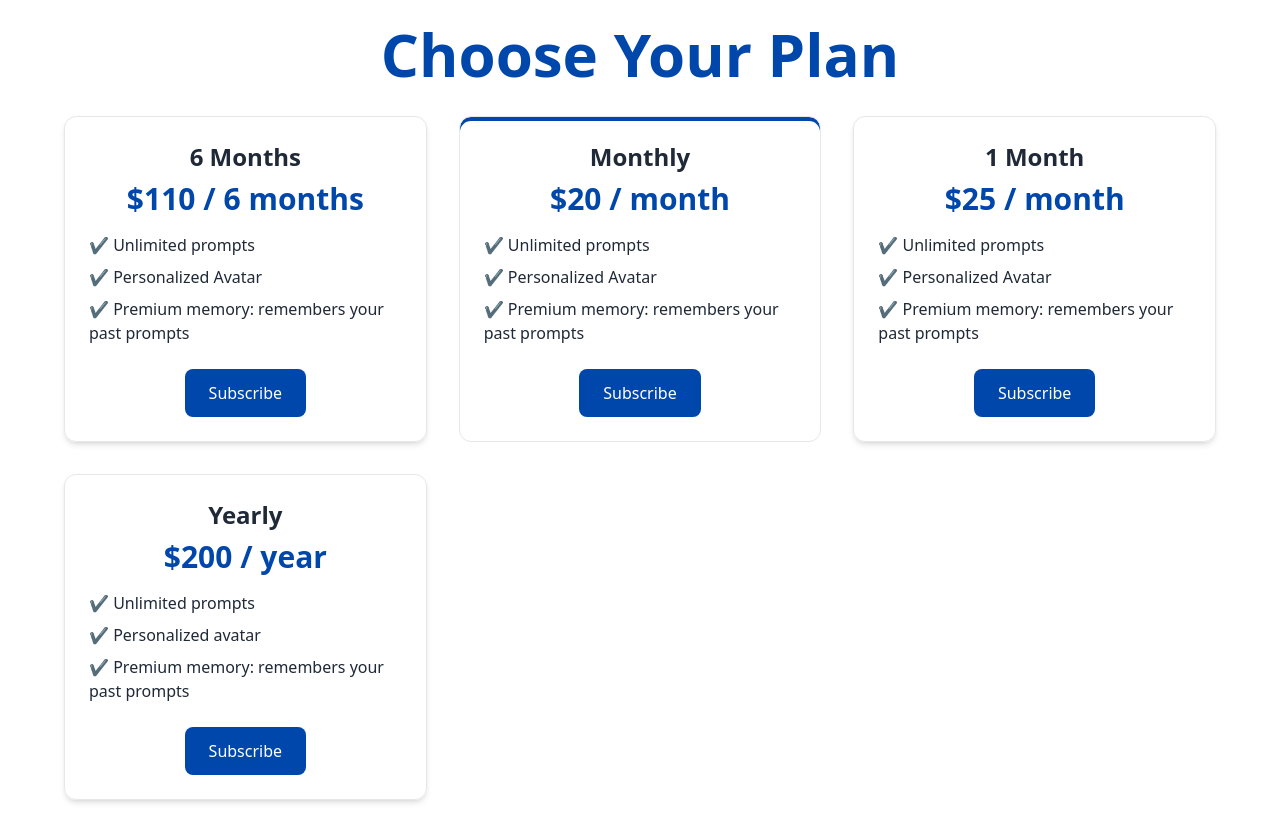
Repository: AvivGranot/IZZY
Page: public/subscribe.html
These files come from the project's save history. The page is drawn as it stood at one moment and after the next save; the edit follows.
The browser window is 1280 px wide. The pictures show the whole page.
Some web libraries are served in a nearby version.

Above is the page before, as saved 2025-04-09 17:08:11.

### public/subscribe.html
<!DOCTYPE html>
<html lang="en">
<head>
  <meta charset="UTF-8">
  <meta name="viewport" content="width=device-width, initial-scale=1.0">
  <title>Subscribe to IZZY</title>
  <script src="https://cdn.tailwindcss.com"></script>
  <style>
    @keyframes borderFlow {
      0% {
        box-shadow: inset 0 -4px 0 0 #0047AB;
      }
      25% {
        box-shadow: inset 4px 0 0 0 #0047AB;
      }
      50% {
        box-shadow: inset 0 4px 0 0 #0047AB;
      }
      75% {
        box-shadow: inset -4px 0 0 0 #0047AB;
      }
      100% {
        box-shadow: inset 0 -4px 0 0 #0047AB;
      }
    }

    .animate-borderFlow {
      animation: borderFlow 2s linear infinite;
    }
  </style>
</head>
<body class="bg-white text-gray-800 font-sans">
  <div class="min-h-screen flex flex-col items-center justify-center p-6">
    <h1 class="text-4xl md:text-6xl font-bold text-[#0047AB] mb-8 text-center">Choose Your Plan</h1>

    <div class="grid grid-cols-1 md:grid-cols-3 gap-8 w-full max-w-6xl">

      <!-- Semi-Annual Plan -->
      <div class="border border-gray-200 rounded-xl p-6 shadow-md text-center">
        <h2 class="text-2xl font-semibold mb-2">6 Months</h2>
        <p class="text-3xl font-bold text-[#0047AB] mb-4">$110 / 6 months</p>
        <ul class="text-left mb-6 space-y-2">
          <li>✔️ Unlimited prompts</li>
          <li>✔️ Personalized Avatar</li>
          <li>✔️ Premium memory: remembers your past prompts</li>
        </ul>
        <a href="https://buy.stripe.com/test_00g6qYgJH1xQ4wU9AB" target="_blank" class="inline-block bg-[#0047AB] text-white font-medium py-3 px-6 rounded-lg hover:bg-blue-800">Subscribe</a>
      </div>

      <!-- Monthly Plan -->
      <div class="border border-gray-200 rounded-xl p-6 shadow-md text-center relative animate-borderFlow overflow-hidden">
        <h2 class="text-2xl font-semibold mb-2">Monthly</h2>
        <p class="text-3xl font-bold text-[#0047AB] mb-4">$20 / month</p>
        <ul class="text-left mb-6 space-y-2">
          <li>✔️ Unlimited prompts</li>
          <li>✔️ Personalized Avatar</li>
          <li>✔️ Premium memory: remembers your past prompts</li>
        </ul>
        <a href="https://buy.stripe.com/test_dR6aHO9PM10AcR60oo" target="_blank" class="inline-block bg-[#0047AB] text-white font-medium py-3 px-6 rounded-lg hover:bg-blue-800">Subscribe</a>
      </div>


      <div class="border border-gray-200 rounded-xl p-6 shadow-md text-center">
        <h2 class="text-2xl font-semibold mb-2">1 Month</h2>
        <p class="text-3xl font-bold text-[#0047AB] mb-4">$25 / month</p>
        <ul class="text-left mb-6 space-y-2">
          <li>✔️ Unlimited prompts</li>
          <li>✔️ Personalized Avatar</li>
          <li>✔️ Premium memory: remembers your past prompts</li>
        </ul>
        <a href="https://buy.stripe.com/test_00g6qYgJH1xQ4wU9AB" target="_blank" class="inline-block bg-[#0047AB] text-white font-medium py-3 px-6 rounded-lg hover:bg-blue-800">Subscribe</a>
      </div>

      <!-- Annual Plan -->
      <div class="border border-gray-200 rounded-xl p-6 shadow-md text-center">
        <h2 class="text-2xl font-semibold mb-2">Yearly</h2>
        <p class="text-3xl font-bold text-[#0047AB] mb-4">$200 / year</p>
        <ul class="text-left mb-6 space-y-2">
          <li>✔️ Unlimited prompts</li>
          <li>✔️ Personalized avatar</li>
          <li>✔️ Premium memory: remembers your past prompts</li>
        </ul>
        <a href="https://buy.stripe.com/test_6oE3cO9PM2h66qU4gg" target="_blank" class="inline-block bg-[#0047AB] text-white font-medium py-3 px-6 rounded-lg hover:bg-blue-800">Subscribe</a>
      </div>

    </div>
  </div>
</body>
</html>

After the next save:
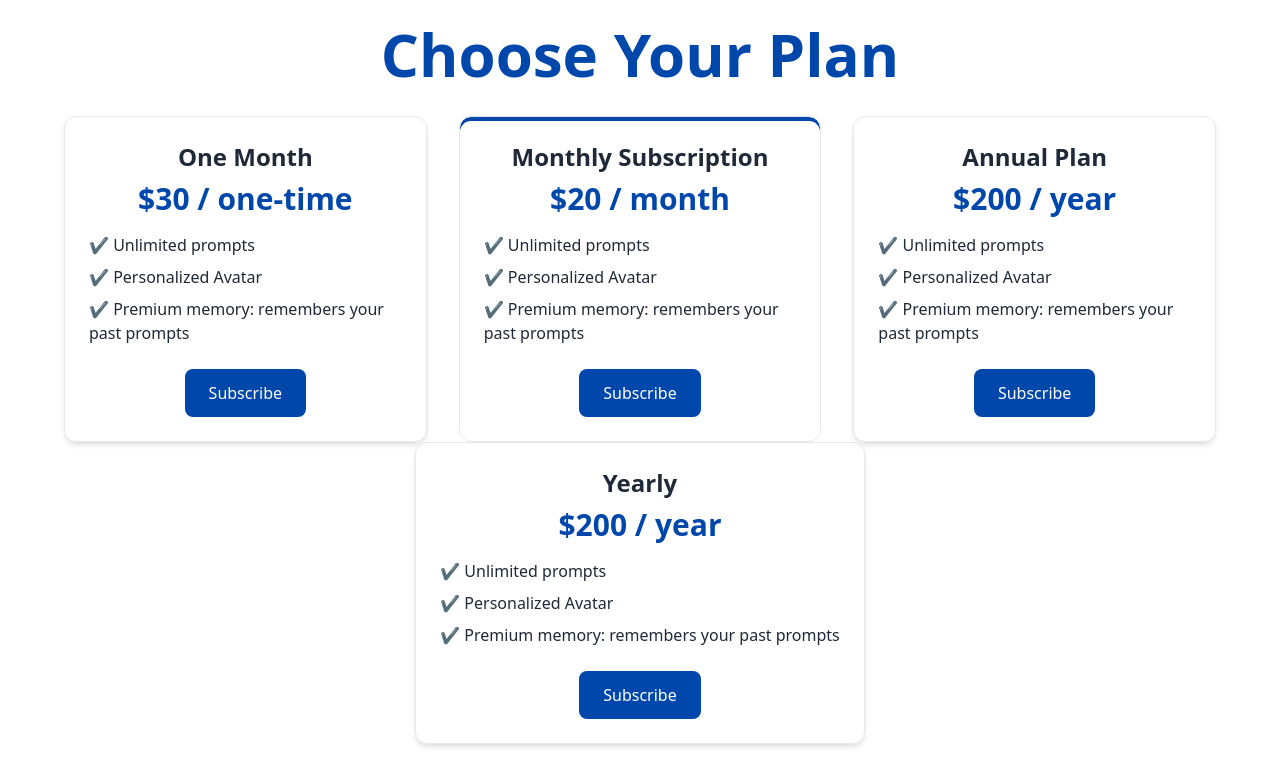
Saved 17 min 19 s later.
--- a/public/subscribe.html
+++ b/public/subscribe.html
@@ -35,21 +35,21 @@
 
     <div class="grid grid-cols-1 md:grid-cols-3 gap-8 w-full max-w-6xl">
 
-      <!-- Semi-Annual Plan -->
+      <!-- One Month Only -->
       <div class="border border-gray-200 rounded-xl p-6 shadow-md text-center">
-        <h2 class="text-2xl font-semibold mb-2">6 Months</h2>
-        <p class="text-3xl font-bold text-[#0047AB] mb-4">$110 / 6 months</p>
+        <h2 class="text-2xl font-semibold mb-2">One Month</h2>
+        <p class="text-3xl font-bold text-[#0047AB] mb-4">$30 / one-time</p>
         <ul class="text-left mb-6 space-y-2">
           <li>✔️ Unlimited prompts</li>
           <li>✔️ Personalized Avatar</li>
           <li>✔️ Premium memory: remembers your past prompts</li>
         </ul>
-        <a href="https://buy.stripe.com/test_00g6qYgJH1xQ4wU9AB" target="_blank" class="inline-block bg-[#0047AB] text-white font-medium py-3 px-6 rounded-lg hover:bg-blue-800">Subscribe</a>
+        <a href="#" class="inline-block bg-[#0047AB] text-white font-medium py-3 px-6 rounded-lg hover:bg-blue-800">Subscribe</a>
       </div>
 
-      <!-- Monthly Plan -->
+      <!-- Monthly Subscription -->
       <div class="border border-gray-200 rounded-xl p-6 shadow-md text-center relative animate-borderFlow overflow-hidden">
-        <h2 class="text-2xl font-semibold mb-2">Monthly</h2>
+        <h2 class="text-2xl font-semibold mb-2">Monthly Subscription</h2>
         <p class="text-3xl font-bold text-[#0047AB] mb-4">$20 / month</p>
         <ul class="text-left mb-6 space-y-2">
           <li>✔️ Unlimited prompts</li>
@@ -59,17 +59,22 @@
         <a href="https://buy.stripe.com/test_dR6aHO9PM10AcR60oo" target="_blank" class="inline-block bg-[#0047AB] text-white font-medium py-3 px-6 rounded-lg hover:bg-blue-800">Subscribe</a>
       </div>
 
-
+      <!-- Annual Plan -->
       <div class="border border-gray-200 rounded-xl p-6 shadow-md text-center">
-        <h2 class="text-2xl font-semibold mb-2">1 Month</h2>
-        <p class="text-3xl font-bold text-[#0047AB] mb-4">$25 / month</p>
+        <h2 class="text-2xl font-semibold mb-2">Annual Plan</h2>
+        <p class="text-3xl font-bold text-[#0047AB] mb-4">$200 / year</p>
         <ul class="text-left mb-6 space-y-2">
           <li>✔️ Unlimited prompts</li>
           <li>✔️ Personalized Avatar</li>
           <li>✔️ Premium memory: remembers your past prompts</li>
         </ul>
-        <a href="https://buy.stripe.com/test_00g6qYgJH1xQ4wU9AB" target="_blank" class="inline-block bg-[#0047AB] text-white font-medium py-3 px-6 rounded-lg hover:bg-blue-800">Subscribe</a>
+        <a href="https://buy.stripe.com/test_6oE3cO9PM2h66qU4gg" target="_blank" class="inline-block bg-[#0047AB] text-white font-medium py-3 px-6 rounded-lg hover:bg-blue-800">Subscribe</a>
       </div>
+
+    </div>
+
+
+
 
       <!-- Annual Plan -->
       <div class="border border-gray-200 rounded-xl p-6 shadow-md text-center">
@@ -77,7 +82,7 @@
         <p class="text-3xl font-bold text-[#0047AB] mb-4">$200 / year</p>
         <ul class="text-left mb-6 space-y-2">
           <li>✔️ Unlimited prompts</li>
-          <li>✔️ Personalized avatar</li>
+          <li>✔️ Personalized Avatar</li>
           <li>✔️ Premium memory: remembers your past prompts</li>
         </ul>
         <a href="https://buy.stripe.com/test_6oE3cO9PM2h66qU4gg" target="_blank" class="inline-block bg-[#0047AB] text-white font-medium py-3 px-6 rounded-lg hover:bg-blue-800">Subscribe</a>
